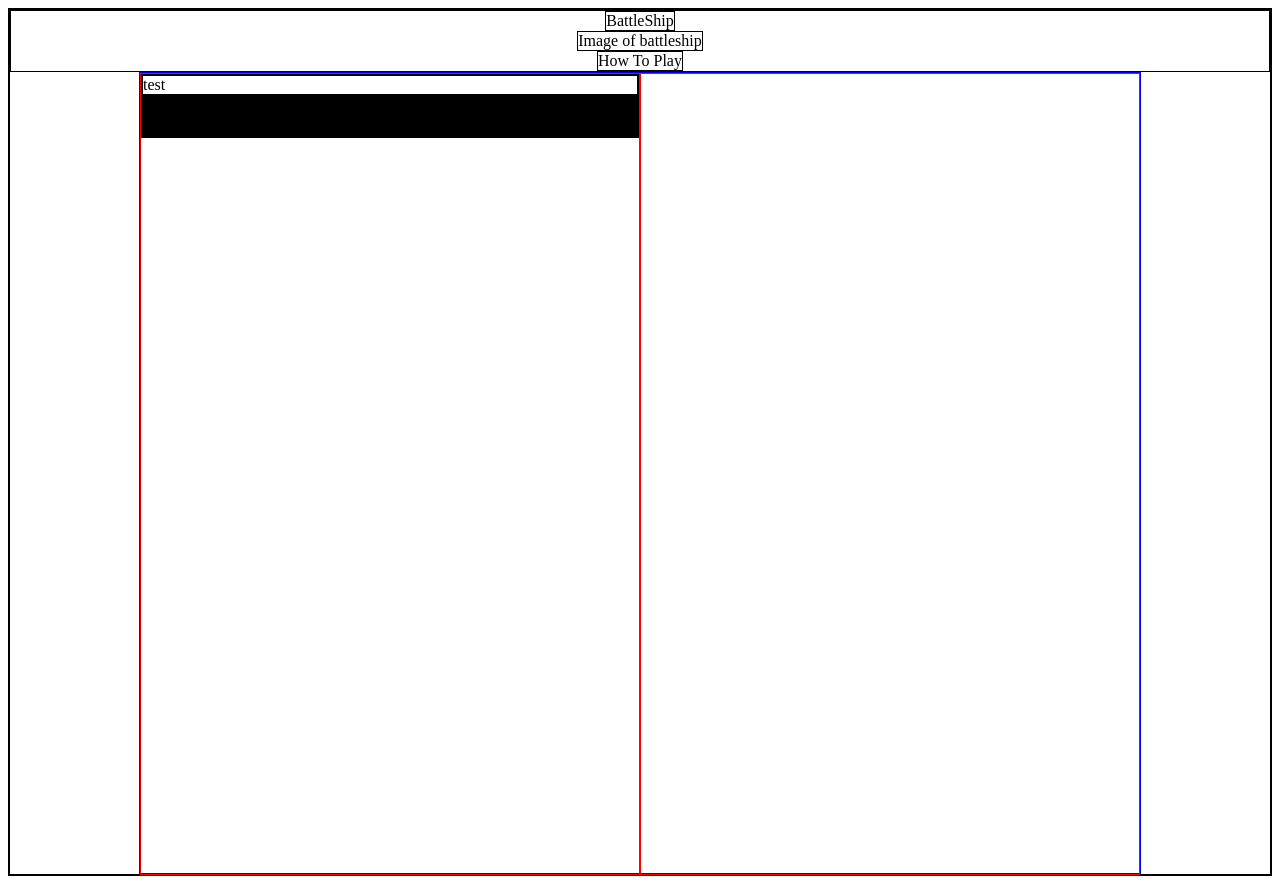
Repository: J-Haze/BattleshipApp
Page: /
The author's editor kept a copy of each file at every save. The page is drawn from the files as they stood at one save, then again after the next save.
The browser window is 1280 px wide. The pictures show the whole page.
The project was rebuilt for these pictures with package versions that can differ from the ones it lists, and the page was loaded fresh each time. Also part of the build but not shown: src/index.css.

Above is the page before, as saved 2020-09-16 08:50:33.

### src/App.js
import React from "react";
import "./App.css";
import Game from "./Components/Game";
import Header from "./Components/Header"
// import { ProgressPlugin } from "webpack";

//test

function App() {
  return (
    <div className="App">
      <Header />
      <Game />
    </div>
  );
}

export default App;

### src/App.css
/* test */
:root{
    --black: #1B262C;
}


header {
    border: 1px solid black;

    display: flex;
    flex-direction: column;
    justify-content: center;
    align-items: center;

}

div {
    border: 1px solid black;
}

#how-to:hover{
    cursor: pointer;
}

#game{
    width: 1000px;
    height: 800px;
    display: flex;
    border: 1px solid blue;
    margin-left: auto;
    margin-right: auto;
}

.column{
    width: 50%;
    height: 100%;
    border: 1px solid red;
}

### src/Components/Game.js
import React, { useState, useEffect } from "react"
import shipFactory from "../factories/ship"
import gameboardFactory from "../factories/gameboard"
import player from "../factories/player"
import Board from "./Board.js"

function Game() {

    //Write logic that modertes the games (turns and GameOver etc.)

    const [playerOne, setPlayerOne] = useState(player("Player"))
    //^^should I use state or a variable?

    console.log("here", playerOne)

    // const playerOne = player("Player");
    // const computer = player("Computer");



    // let squares = playerOne.gameboard.board;
    // console.log("squares:", squares)


    // console.log(playerOne.squaresToGuess)



    //    playerOne.gameboard.placeShip(carrier, 5, 23, "horizontal")


    // gameboard.placeShip(battleship, 4, 11, "vertical");
    // gameboard.placeShip(cruiser, 3, 82, "horizontal");

    // gameboard.placeShip(destroyer, 2, 6, "horizontal");
    // gameboard.placeShip(submarine, 1, 19, "horizontal");

    // //random attacks
    // gameboard.receiveAttack(2, 4);
    // gameboard.receiveAttack(1, 2);
    // gameboard.receiveAttack(2, 1);

    // //Sinks destroyer
    // gameboard.receiveAttack(0, 6);
    // gameboard.receiveAttack(0, 7);
    // // gameboard_1.receiveAttack(0, 7);



    // computer.gameboard.receiveAttack(playerOne.sendAttack(2))
    // playerOne.gameboard.receiveAttack(computer.sendAttack(2))

    // playerOne.sendAttack()
    // playerOne.sendAttack()


    // const computer = player("Computer")







    //Return "Board" and other components, with state being passed into it (turn, coordinates, etc.)


    // const destroyer = shipFactory(2)
    // const cruiser = shipFactory(3)
    // const battleship = shipFactory(4)
    // const carrier = shipFactory(5)

    // //Start testing
    // console.log(destroyer.name)
    // console.log(destroyer.shipLength)
    // console.log(destroyer.ship)
    // console.log(destroyer.hit(1))

    // function sinkBattleship() {
    //     battleship.hit(0);
    //     battleship.hit(1);
    //     battleship.hit(2);
    //     battleship.hit(3);
    //     battleship.hit(4);
    //     console.log("Battleship Sunk?", (battleship.isSunk()))
    // };

    // function sinkCruiser() {
    //     cruiser.hit(1);
    //     console.log("Cruiser Sunk?", (cruiser.isSunk()))
    // };

    // sinkBattleship();
    // sinkCruiser();
    // //End Testing


    return (
        <div id="game">
            <div id="col-one" className="column">
                <Board
                    player={playerOne}
                    />


            </div>
            <div id="col-one" className="column">
                {/* <Board computer={computer} /> */}
            </div>

        </div>
    )
}

export default Game;

### src/Components/Header.js
import React from "react"
import shipFactory from "../factories/ship"
import gameboardFactory from "../factories/gameboard"
import player from "../factories/player"


function Header() {
    return (
        <header>
            <div>BattleShip</div>
            <div> Image of battleship </div>
            <div id="how-to"> How To Play </div>
        </header>
    )
}


export default Header;

### src/factories/ship.js

const shipFactory = (shipLength) => {
    const shipNames = {
        1: 'Submarine',
        2: 'Destroyer',
        3: 'Cruiser',
        4: 'Battleship',
        5: 'Carrier',
    };

    const name = shipNames[shipLength];

    let ship = [];
    for (let i = 0; i < shipLength; i++) {
        ship.push([false, i, name])
    }

    let hit = (hitLocation) => {
        ship[hitLocation] = [true, hitLocation, name];
        console.log("Hit!", ship)
        console.log(`You've hit my ${name}`)
        // console.log("hits length", hit.length)
        // console.log("ship.length", ship.length)
        return ship
    }

    let isSunk = () => {
        let sunkStatus = false
        ship[0][0] == true ? sunkStatus = true : sunkStatus = false
        for (let square in ship) {
            console.log("ship:", ship)
            console.log(ship[square])
            sunkStatus = (ship[square][0] && sunkStatus)
        }
        // let sunkStatus = ship[0].every(Boolean);
        return sunkStatus
    }

    return {
        //id,
        name,
        shipLength,
        ship,
        hit,
        isSunk
    }
}

// const destroyer = shipFactory(2)
// const cruiser = shipFactory(3)
// const battleship = shipFactory(4)
// const carrier = shipFactory(5)

export default shipFactory;

//export default {shipFactory, destroyer, cruiser, battleship, carrier}

//Comment out with not testing
// module.exports = shipFactory;

### src/factories/gameboard.js
import shipFactory from "./ship"

const destroyer = shipFactory(2)
const submarine = shipFactory(3)
const cruiser = shipFactory(3)
const battleship = shipFactory(4)
const carrier = shipFactory(5)

const gameboardFactory = () => {
    let board = [];
    for (let a = 0; a <= 99; a++) {
        board.push(null)
    }
    // let boatsSunk = ["cruiser", "battleship", "carrier"];
    let boatsSunk = [];
    let allSunk = false;
    // let boatsPlaced = [];
    // let allPlaced = false;

    const placeShip = (shipName, shipLength, position, orient) => {
        //Checks for valid move
        let endPoint = 0;
        let closestEdge = 99;

        if (orient == "horizontal") {
            for (let b = position; b < (position + shipLength); b++) {
                if (board[b] != null) {
                    console.log("Illegal placement: ship already on square")
                    return board
                }
            };

            endPoint = ((position + shipLength - 1) / 10);
            closestEdge = ((Math.ceil(position / 10)) - 0.1);
        }

        if (orient == "vertical") {
            for (let c = position; c < (position + shipLength * 10); c += 10) {
                if (board[c] != null) {
                    console.log(`Illegal placement: ship already on square: ${c}`)
                    return board
                }
            };

            endPoint = ((position + ((shipLength - 1) * 10)));
            closestEdge = 99;
        }


        if ((endPoint > closestEdge)) {
            console.log("Illegal placement: over edge of board")
            return board
        }

        //Places the ship
        for (let square in board) {
            if ((position == square && (orient == "horizontal"))) {
                for (let z = position; z < (position + shipLength); z++) {
                    board.splice(z, 1, shipName.ship[z - position])
                }
                // console.log("HERE", shipName.ship)
                // boatsPlaced.push(shipName)
            } else if ((position == square && (orient == "vertical"))) {
                for (let z = position; z < (position + shipLength * 10); z += 10) {
                    // let w = Math.round(z/10)
                    console.log(z)
                    board.splice(z, 1, shipName.ship[(z - position) / 10])
                }
            }
        }
        console.log({ board })
        return board
    }

    const receiveAttack = (attackPosition) => {
        let attackID = board[attackPosition];

        //Change to if (board[attackPosition] != "false")
        if (board[attackPosition] == null) {
            console.log("Attack missed")
            board[attackPosition] = "miss";
            console.log("New Board:", { board })
            return
        }

        if ((attackID[0] == true) || (board[attackPosition] == "miss")) {
            console.log("Already guessed this position")
            return
        }

        if (attackID[0] == false) {
            console.log("Receive Attack hit!")
            let hitLocation = attackID[1];
            let boatHitString = attackID[2];
            let boatHit = "";

            if (boatHitString == "Carrier") {
                boatHit = carrier;
            } else if (boatHitString == "Battleship") {
                boatHit = battleship;
            } else if (boatHitString == "Cruiser") {
                boatHit = cruiser;
            } else if (boatHitString == "Destroyer") {
                boatHit = destroyer;
            } else if (boatHitString == "Submarine") {
                boatHit = submarine;
            }

            console.log({ boatHit })

            boatHit.hit(hitLocation);
            board[attackPosition][0] = true;

            console.log("isSunk?", boatHit.isSunk())

            if (boatHit.isSunk()) {
                console.log(`Player's ${boatHitString} is sunk!`)
                //change all squares in boatHit from "hit" to "sunk"?
                //Or just have a pop up (i think the board game doesn't change to "sunk")
                boatsSunk.push(boatHitString)
                console.log({ boatsSunk })
            }

            if (boatsSunk.length > 4) {
                allSunk = true;
                console.log("ALL BOATS SUNK")
            }

            console.log("everyBoolean:", boatHit.ship[0])
            console.log("New Board:", { board })
            console.log("New Ship:", { boatHit })
        }
        return {
            board
        }

    }

    return {
        board,
        placeShip,
        // allPlaced,
        receiveAttack,
        allSunk
    }
}



export default gameboardFactory;

### src/factories/player.js
import shipFactory from "./ship"
import gameboardFactory from "./gameboard"

const player = (playerName) => {
    // const submarine = shipFactory(1)
    // const destroyer = shipFactory(2)
    // const cruiser = shipFactory(3)
    // const battleship = shipFactory(4)
    // const carrier = shipFactory(5)
    const gameboard = gameboardFactory();
    let attackCoord = 100;
    let index = 100;

    const squaresToGuess = [];

    for (let i = 0; i <= 99; i++) {
        squaresToGuess.push(i);
    }
    // console.log(squaresToGuess)

    //Randomly sends an attack
    const sendAttack = (coord) => {
        // if (playerName == "Computer") {
        // }

        if (playerName == "Player") {
            attackCoord = coord;
            index = squaresToGuess.indexOf(attackCoord);
            squaresToGuess.splice(index, 1);
        } else {
            console.log("s2g", squaresToGuess.length - 1)
            attackCoord = Math.floor(Math.random() * (squaresToGuess.length - 1));
            index = squaresToGuess.indexOf(attackCoord);
            squaresToGuess.splice(index, 1);
        }

        console.log({ attackCoord })
        console.log("squares to guess:", squaresToGuess)
        return attackCoord
    }



    //send attack will take coordinates and "send an attack" to the OPPOSING board
    //Need to make sure it has an array of 0-99 and takes away the guessed numbers from that array.
    //random between 0 and array.length

    return {
        gameboard,
        squaresToGuess,
        sendAttack
    }
}








export default player;

### src/Components/Board.js
import React from "react"
import shipFactory from "../factories/ship"
import gameboardFactory from "../factories/gameboard"
import player from "../factories/player"
import Square from "./Square.js"
// import Player from "./Player.js"

function Board({ player }) {

    let squares = player.gameboard.board;
    let size = 10; let rows = [];
    for (let i = 0; i < squares.length; i += size) {
        rows.push(squares.slice(i, i + size));
    }
    console.log("rows", rows)
    // let rowOne = squares.splice(0, 10);
    //squares should be an array of all the squares

    console.log("squares:", squares)





    return (
        // <div>{squareItems}</div>

        <div>
            <div> test </div>
            <div className="board">
                {/* {squareItems} */}
                {rows.map((square) => {
                    return (
                        <Square
                            key={square}
                            squareObj={square}
                        // position={[i, j]}
                        // position={square}
                        // key={square.}
                        // key={book.title}
                        // book={book}
                        // handleDelete={handleDelete}
                        // toggleRead={toggleRead}
                        // toggleReading={toggleReading}
                        // toggleNotRead={toggleNotRead}
                        />
                    );
                })
                }
            </div>
        </div>
    )
}

export default Board;

### src/Components/Square.js
import React from "react"
import shipFactory from "../factories/ship"
import gameboardFactory from "../factories/gameboard"
import player from "../factories/player"

function Square(props) {
    const { squareObj, position,} = props;



    return (
        <div>
        <div className="square">{squareObj}</div>
        </div>
    )
}

export default Square;

Loaded but not shown: public/index.html (common file); src/index.js (common file); src/serviceWorker.js (common file)

After the next save:
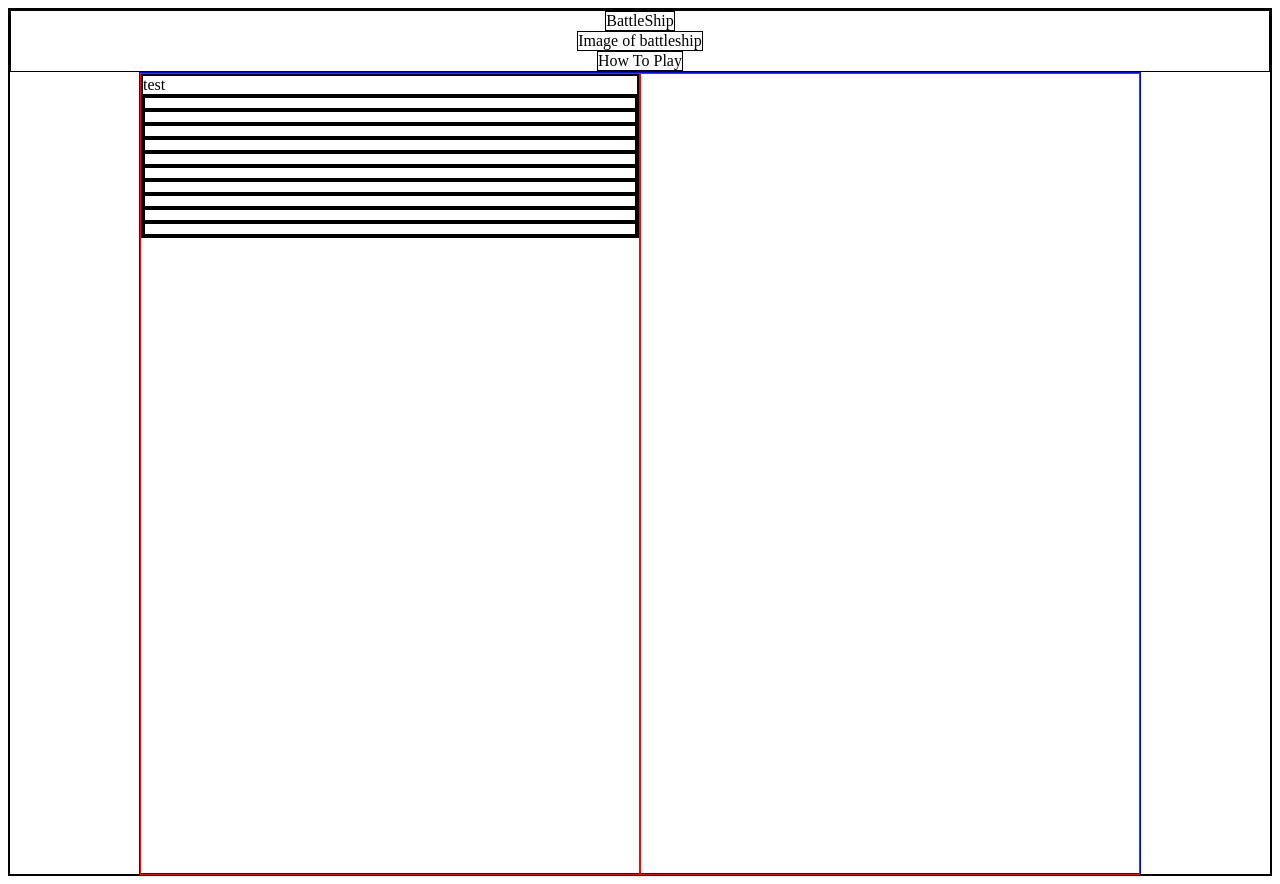
Saved 30 s later.
--- a/src/App.css
+++ b/src/App.css
@@ -36,3 +36,7 @@ div {
     height: 100%;
     border: 1px solid red;
 }
+
+.square{
+    height: 10px;
+}
